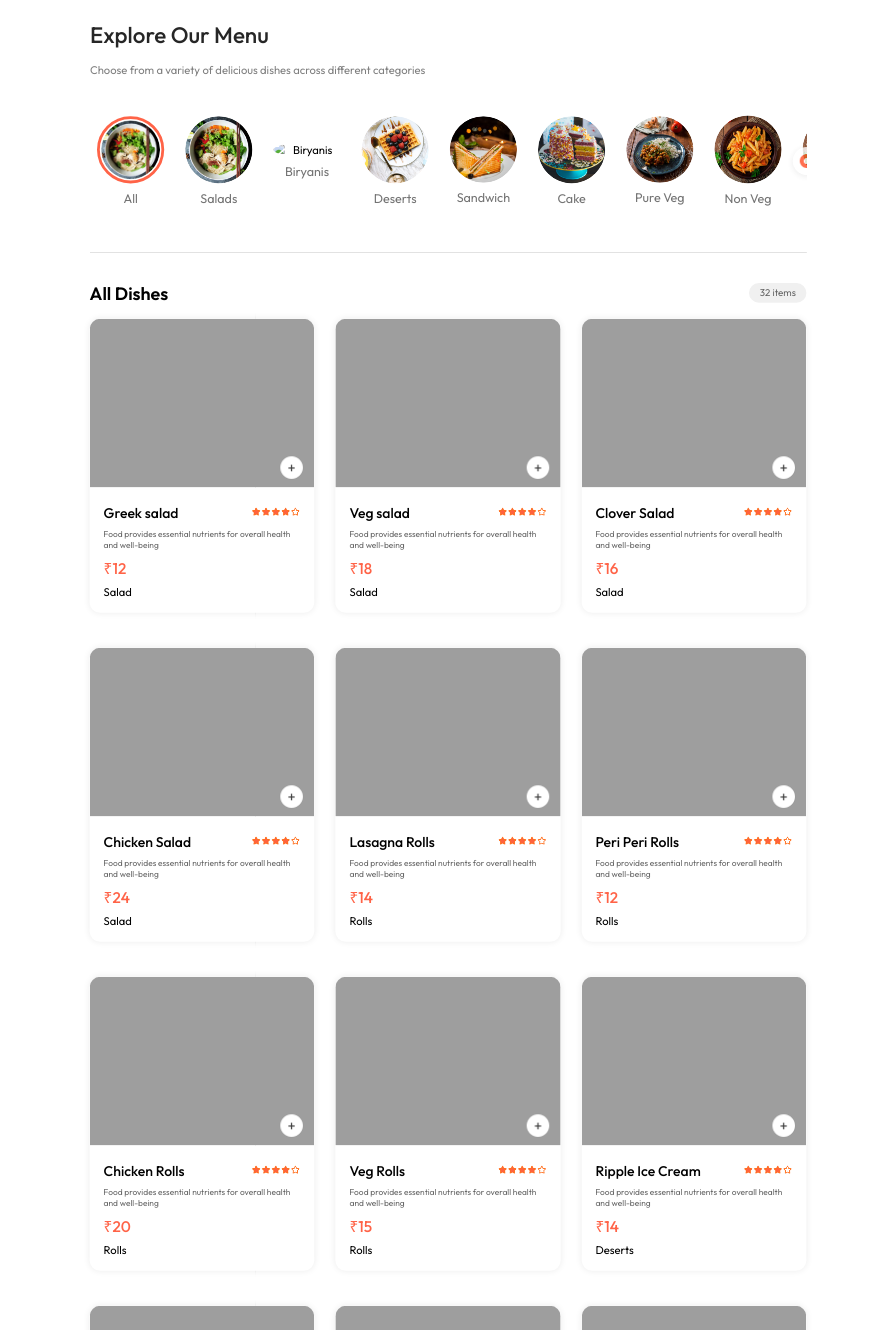
Repository: keyursanglikar/Hotel-Manangement
Page: / (app in frontend/)
An editor plug-in stored every save of this project. The page is shown before and after a run of saves, followed by the edit.
The browser window is 1280 px wide. The pictures show the part of the page from y = 609 to 2509 px (the page is 9372 px tall), at 70% of full size.
The page's requests for data from a server got no answer. The project was rebuilt for these pictures with package versions that can differ from the ones it lists, and the page was loaded fresh each time. No one was signed in, and anything a server would have sent is missing. Also part of the build but not shown: frontend/vite.config.js, frontend/src/pages/Cart/Cart.css, frontend/src/pages/Cart/Cart.jsx, frontend/src/pages/PlaceOrder/PlaceOrder.jsx, frontend/src/components/LoginPopup/LoginPopup.css, frontend/src/components/LoginPopup/LoginPopup.jsx, frontend/src/pages/Verify/Verify.css, frontend/src/pages/Verify/Verify.jsx and 2 more.

Above is the page before, as saved 2025-12-04 23:23:40.

After the next 2 saves:
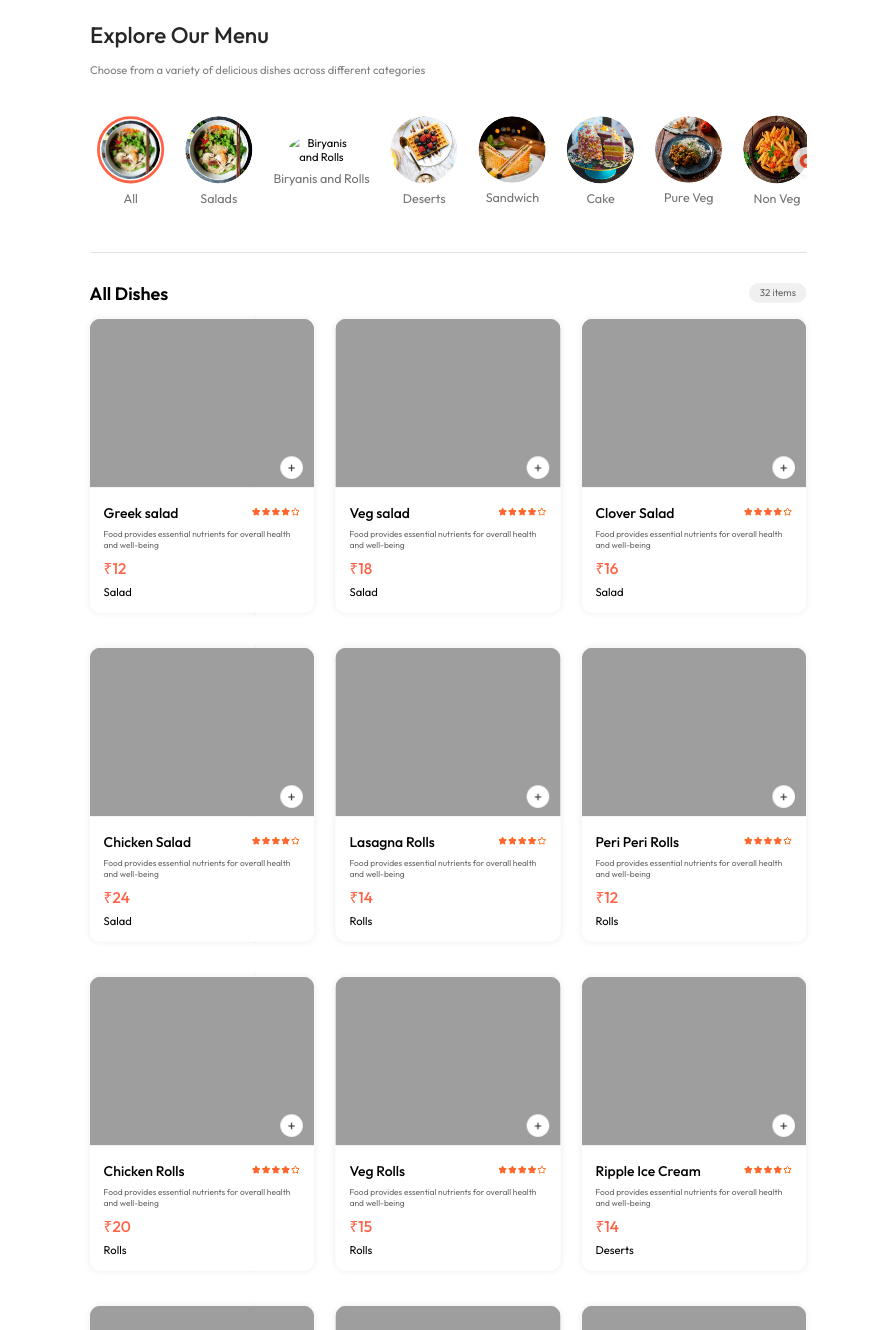
The 2 saves are shown as one change because they came seconds apart.
The last was saved 6 s later.
--- a/frontend/src/components/ExploreMenu/ExploreMenu.jsx
+++ b/frontend/src/components/ExploreMenu/ExploreMenu.jsx
@@ -42,7 +42,7 @@ const ExploreMenu = ({ category, setCategory }) => {
   const allCategories = [
     "All",
     "Salads",
-    "Biryanis ",
+    "Biryanis and Rolls",
     "Deserts",
     "Sandwich",
     "Cake",
